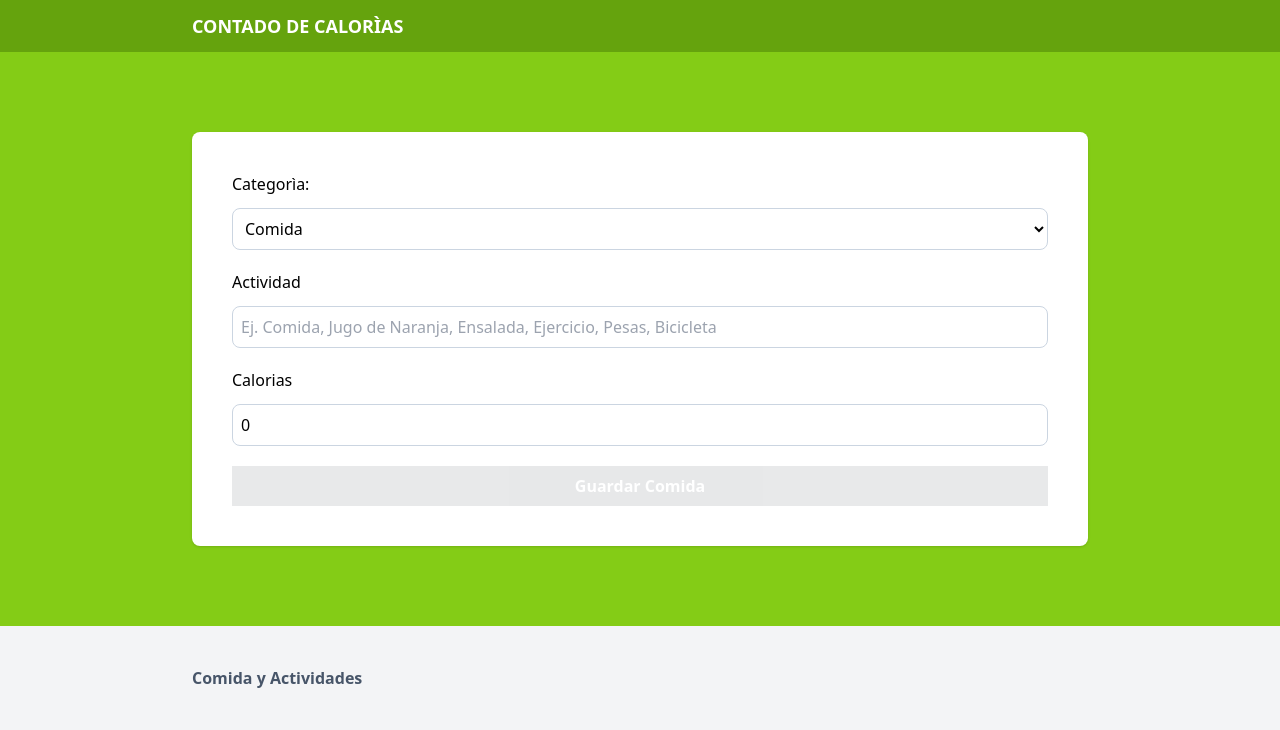
Repository: Matiiu/calorie-tracker
Page: /
An editor plug-in stored every save of this project. The page is shown before and after the next save, followed by the edit.
The browser window is 1280 px wide. The pictures show the whole page.
The project was rebuilt for these pictures with package versions that can differ from the ones it lists, and the page was loaded fresh each time. Also part of the build but not shown: vite.config.ts.

Above is the page before, as saved 2024-04-01 13:20:19.

### index.html
<!doctype html>
<html lang="en">
  <head>
    <meta charset="UTF-8" />
    <link rel="icon" type="image/svg+xml" href="/vite.svg" />
    <meta name="viewport" content="width=device-width, initial-scale=1.0" />
    <title>Contador de Calorías - React</title>
  </head>
  <body>
    <div id="root"></div>
    <script type="module" src="/src/main.tsx"></script>
  </body>
</html>

### src/App.tsx
import { useReducer } from "react";

import Header from "./components/Header";
import Form from "./components/Form";
import ActivityList from "./components/ActivityList";

import { activityReducer, initialState } from "./reducers/activityReducer";
export default function App() {
  const [state, dispatch] = useReducer(activityReducer, initialState);
  console.log({state})
  console.log(state.activities)


  return (
    <>
      <Header />

      <section className="bg-lime-500 py-20 px-5">
        <div className="max-w-4xl mx-auto">
          <Form
            dispatch={dispatch}
          />
        </div>
      </section>

      <section className="p-10 bg-gray-100">
        <div className="mx-auto max-w-4xl">
          <ActivityList activities={state.activities} />
        </div>
      </section>
    </>
  );
}

### src/components/Header.tsx
export default function Header() {
  return (
    <header className="bg-lime-600 py-3">
      <div className="max-w-4xl mx-auto flex justify-between">
        <h1 className="text-center text-lg font-bold text-white uppercase">
          Contado de Calorìas
        </h1>
      </div>
    </header>
  );
}

### src/components/Form.tsx
import { useState, ChangeEvent, FormEvent, Dispatch } from "react";
import { v4 as uuid } from "uuid";

import { categories } from "../data/categories";
import type { Activity } from "../types";
import { ActivityActions } from "../reducers/activityReducer";

type FormProps = {
  dispatch: Dispatch<ActivityActions>;
};

export default function Form({ dispatch }: FormProps) {
  const initialState: Activity = {
    id: uuid(),
    category: 1,
    activityName: "",
    calories: 0,
  };

  // Convertimos las calorías en un objeto donde el id en la llave y el nombre el valor
  const categoriesObject = categories.reduce(
    (accumulator: Record<number, string>, current) => {
      accumulator[current.id] = current.name;
      return accumulator;
    },
    {}
  );

  const [activity, setActivity] = useState<Activity>({ ...initialState });

  const handleChange = (
    e: ChangeEvent<HTMLInputElement | HTMLSelectElement>
  ) => {
    // Validamos si es un campo numérico
    const isNumberFiled = ["category", "calories"].includes(e.target.id);
    // Si lo es convertimos el dato a numérico
    setActivity({
      ...activity,
      [e.target.id]: isNumberFiled ? +e.target.value : e.target.value,
    });
  };

  const isValidateActivity = () => {
    const { activityName, calories } = activity;
    // Validamos que el campo actividad y calorías estén diligenciados
    return !!(activityName || "").trim() && calories > 0;
  };



  const nameSubmit = () => {
    // Accedemos a la posición llave de nuestro objeto categoriesObject con el valor de activity.category y retornamos el valor
    return `Guardar ${categoriesObject[activity.category]}`;
  };

  const handleSubmit = (e: FormEvent<HTMLFormElement>) => {
    e.preventDefault();
    dispatch({
      type: "save-activity",
      payload: { newActivity: activity },
    });
    // Limpiar el formulario una vez enviado
    setActivity({ ...initialState });
  };

  return (
    <form
      onSubmit={handleSubmit}
      className="space-y-5 bg-white shadow p-10 rounded-lg"
    >
      <div className="grid grid-cols-1 gap-3">
        <label htmlFor="category">Categorìa:</label>
        <select
          name="category"
          id="category"
          className="border border-slate-300 p-2 rounded-lg w-full bg-white"
          value={activity.category}
          onChange={handleChange}
        >
          {categories.map((category) => (
            <option key={category.id} value={category.id}>
              {category.name}
            </option>
          ))}
        </select>
      </div>

      <div className="grid grid-cols-1 gap-3">
        <label htmlFor="activityName">Actividad</label>
        <input
          id="activityName"
          name="activityName"
          type="text"
          className="border border-slate-300 p-2 rounded-lg"
          placeholder="Ej. Comida, Jugo de Naranja, Ensalada, Ejercicio, Pesas, Bicicleta"
          value={activity.activityName}
          onChange={handleChange}
        />
      </div>

      <div className="grid grid-cols-1 gap-3">
        <label htmlFor="calories">Calorias</label>
        <input
          id="calories"
          name="calories"
          type="number"
          className="border border-slate-300 p-2 rounded-lg"
          placeholder="Ej. 300 o 500"
          min={0}
          value={activity.calories}
          onChange={handleChange}
        />
      </div>

      <input
        type="submit"
        className="bg-gray-800 hover:bg-gray-900 w-full p-2 font-bold text-white cursor-pointer disabled:opacity-10 disabled:cursor-auto"
        value={nameSubmit()}
        disabled={!isValidateActivity()}
      />
    </form>
  );
}

### src/components/ActivityList.tsx
import { Activity } from "../types";
import { categories } from "../data/categories";

type ActivityListprops = {
  activities: Activity[];
};

export default function ActivityList({ activities }: ActivityListprops) {
  // Convertimos las calorías en un objeto donde el id en la llave y el nombre el valor
  const categoriesObject = categories.reduce(
    (accumulator: Record<number, string>, current) => {
      accumulator[current.id] = current.name;
      return accumulator;
    },
    {}
  );

  const categoryName = (activityId: number) => {
    // Accedemos a la posición llave de nuestro objeto categoriesObject con el valor de activity.category y retornamos el valor
    return categoriesObject[activityId];
  };

  return (
    <>
      <h2 className="text-4-xl font-bold text-slate-600 text-cente">
        Comida y Actividades
      </h2>

      {activities.map((activity) => (
        <div
          key={activity.id}
          className="px-5 py-10 bg-white mt-5 flex justify-between"
        >
          <div className="space-y-2 relative">
            <p
              className={`absolute -top-8 -left-8 px-10 py-2 text-white uppercase font-bold ${
                activity.category === 1 ? "bg-lime-500" : "bg-orange-500"
              }`}
            >
              {categoryName(activity.category)}
            </p>
            <p className="text-2xl font-bold">{activity.activityName}</p>
            <p className="font-black text-4xl text-lime-500">
              {" "}
              {activity.calories}
            </p>
          </div>

          <div></div>
        </div>
      ))}
    </>
  );
}

### src/reducers/activityReducer.ts
import type { Activity } from "../types";

export type ActivityActions = {
  type: "save-activity";
  payload: {
    newActivity: Activity;
  };
};

type ActivityState = {
  activities: Activity[];
};

export const initialState: ActivityState = {
  activities: [],
};

export function activityReducer(
  state: ActivityState = initialState,
  action: ActivityActions,
) {
  if (action.type === "save-activity") {
    console.log(action.payload.newActivity);

    return {
        ...state,
        activities: [...state.activities, action.payload.newActivity],
      };
  }
  return state;
}

### src/data/categories.ts
import { Category } from "../types";

export const categories: Category[] = [
  { id: 1, name: "Comida" },
  { id: 2, name: "Ejercicio" },
];

Loaded but not shown: src/main.tsx (common file); src/index.css (common file); tailwind.config.js (common file)

After the next save:
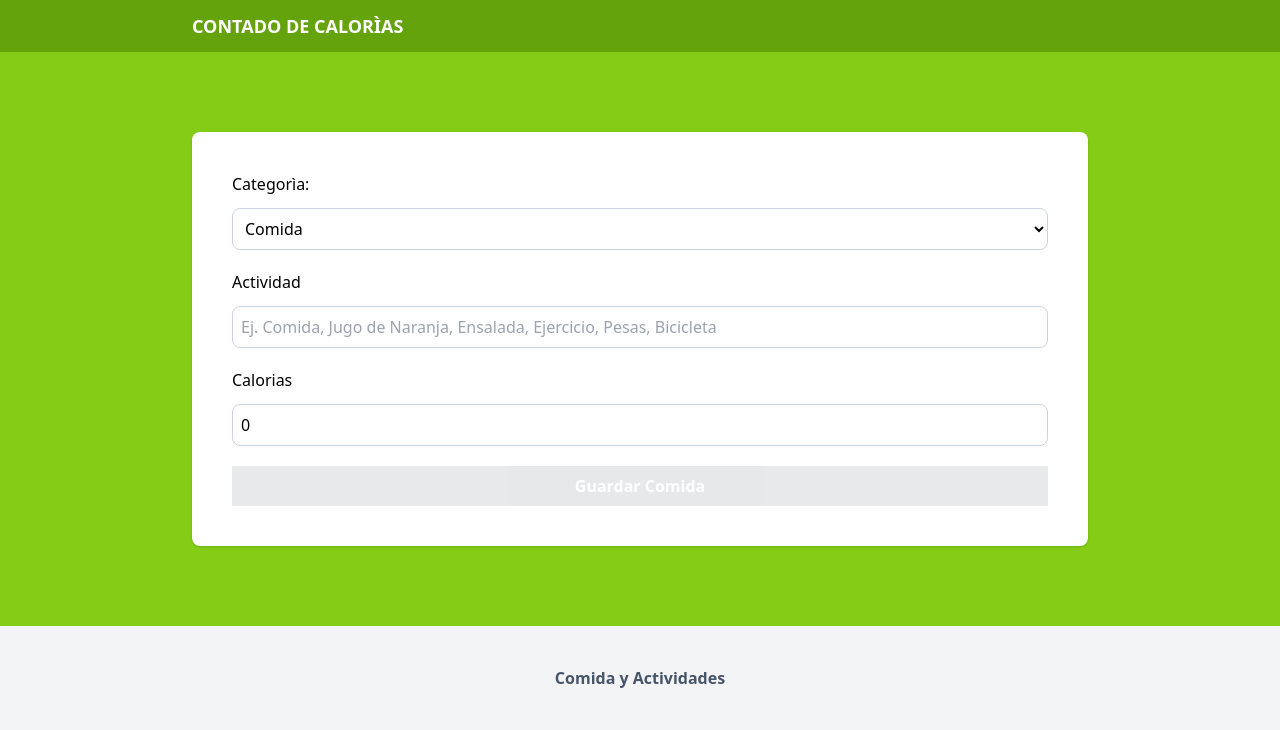
Saved 47 s later.
--- a/src/App.tsx
+++ b/src/App.tsx
@@ -24,7 +24,7 @@ export default function App() {
       </section>
 
       <section className="p-10 bg-gray-100">
-        <div className="mx-auto max-w-4xl">
+        <div className="mx-auto max-w-4xl text-center">
           <ActivityList activities={state.activities} />
         </div>
       </section>
